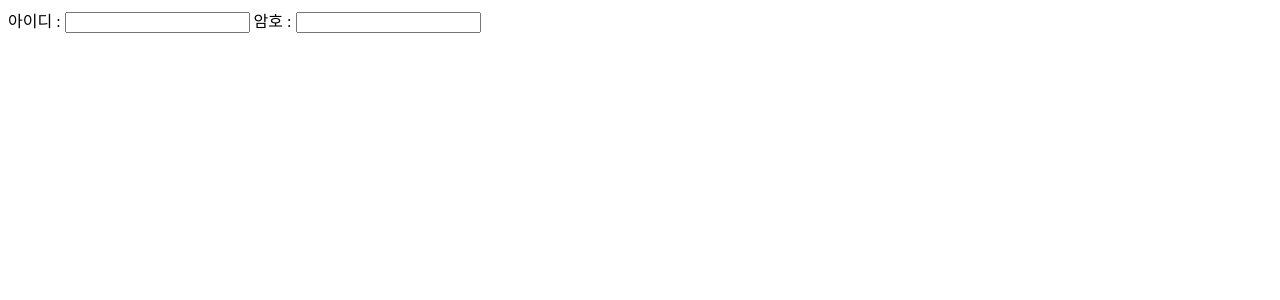
Repository: BangHoJung/jsp2
Page: http://localhost/ServletTest/login.jsp
An editor plug-in stored every save of this project. The page is shown before and after the next save, followed by the edit.
The browser window is 1280 px wide. The pictures show the whole page.
The page is served by Tomcat 9.

Above is the page before, as saved 2021-01-12 02:13:21.

After the next save:
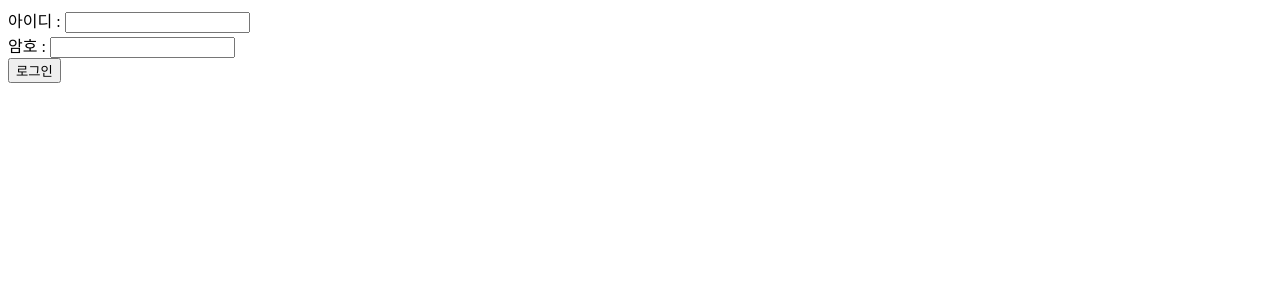
Saved 13 s later.
--- a/ServletTest/WebContent/login.jsp
+++ b/ServletTest/WebContent/login.jsp
@@ -8,8 +8,9 @@
 </head>
 <body>
 	<form action="LoginServlet">
-		아이디 : <input type="text" name="id">
-		암호 : <input type="password" name="pass">
+		아이디 : <input type="text" name="id"><br>
+		암호 : <input type="password" name="pass"><br>
+		<button>로그인</button>
 	</form>
 </body>
 </html>
